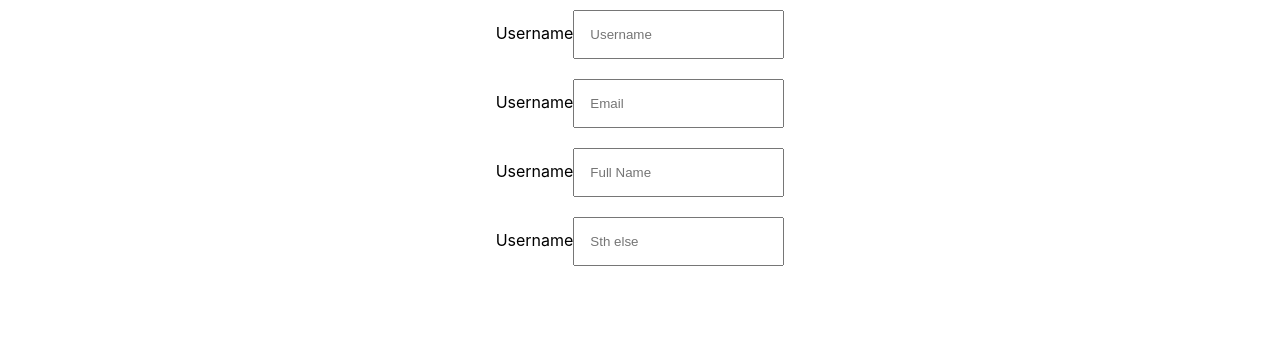
Repository: Jimmy-Lu-iK/Demo-UI
Page: /
The author's editor kept a copy of each file at every save. The page is drawn from the files as they stood at one save, then again after a run of saves.
The browser window is 1280 px wide. The pictures show the whole page.
The project was rebuilt for these pictures with package versions that can differ from the ones it lists, and the page was loaded fresh each time. Also part of the build but not shown: src/components/Option.js, src/Js/ArrayBuiltIn.js, src/Js/Word.js.

Above is the page before, as saved 2023-02-12 19:41:41.

### src/App.js
import './App.css';
import AutoComplete from './components/AutoComplete';
import Dropdown from './components/Dorpdown';
import FormInput from './components/FormInput';
import FormValidate from './components/FormValidate';
import ArrayBuiltIn from './Js/ArrayBuiltIn';
import Word from './Js/Word';

const App = () => {
  return <div className='app'>
    {/* <Dropdown />
    <AutoComplete />
    <FormValidate /> */}
    <form className='input-form'>
      <FormInput placeholder="Username"/>
      <FormInput placeholder="Email"/>
      <FormInput placeholder="Full Name"/>
      <FormInput placeholder="Sth else"/>
    </form>
    {/* <ArrayBuiltIn /> */}
    {/* <Word sentence="hello my name hello is Jinming I want to make friend with you let us to be good friends forever"/> */}
  </div>
};


export default App;

### src/App.css
.app {
  display: flex;
  align-items: center;
  justify-content: center;
  height: ;
}

### src/components/FormInput.js
import './FormInput.css'

function FormInput(props) {
  return <div className="formInput">
    <label>Username</label>
    <input placeholder={props.placeholder}/>
  </div>
}

export default FormInput

### src/components/FormInput.css
input {
  padding: 15px;
  margin: 10px 0;
}

### src/components/Form.js
function Form() {
  return <div>
    <form className='input-form'>
      <FormInput placeholder="Username"/>
      <FormInput placeholder="Email"/>
      <FormInput placeholder="Full Name"/>
      <FormInput placeholder="Sth else"/>
    </form>
  </div>
}

export default Form;

### src/components/AutoComplete.js
import { useState } from "react"

function AutoComplete() {
  const [value, setValue] = useState('')

  const filmList = ['peace and Love',' hello baby', 'you should know me', 'help me']

  const handleChange = (e) => {
    setValue(e.target.value)
  }

  const handleClick = (film) => {
    setValue(film)
  }

  const filteredFilms = filmList.filter((film) => {
    return film.toLowerCase().includes(value.toLowerCase())
  })

  const content= filteredFilms.map((film,index) => {
    return <div key={index} onClick={()=>handleClick(film)}>{film}</div>
  })


  return <div>
    AutoComplete
    <input value={value} onChange={handleChange} />
    <div>
      {content}
    </div>
  </div>
}

export default AutoComplete

### src/components/Dorpdown.js
import { useState } from "react"
import Option from "./Option"

function Dropdown() {
  const [options, setOptions] = useState(['item1','item2'])
  const [select, setSelect] = useState('')
  const [open, setOpen] = useState(false)
  const [add, setAdd] = useState(false)
  const [value, setValue] = useState('')

  const handleChoose = (option) => {
    setSelect(option)
    setOpen(false)
  }

  const handleAdd = (event) => {
    console.log(event)
    setAdd(true)
  }

  const handleChange = (e) => {
    setValue(e.target.value)
  }

  const hanldeSubmit = (e) => {
    e.preventDefault();
    setOptions([...options, value])
    setAdd(false)
  }

  const hanldeOpen = () => {
    setOpen(!open)
  }

  const hanldeEdit = (option,index,newValue) => {
    let newOptions = [...options]

    if(newValue) {
      newOptions[index] = newValue
      setOptions(newOptions)
    } else {
      let newNewOption = newOptions.slice(0,index).concat(newOptions.slice(index+1,newOptions.length-1))
      setOptions(newNewOption)
    }
  }

  const displayContent = <div>{select} <button onClick={hanldeOpen}>{'<'}</button></div>

  const optionsContent = options.map((option,index) => {
    return <Option
            option={option}
            index={index}
            key={option}
            handleChoose={handleChoose}
            handleEdit={hanldeEdit}
          />
  })

  const addContent = add
    ? <form onSubmit={hanldeSubmit}><label>New</label><input value={value} onChange={handleChange}></input><button>Add</button></form>
    : <li onClick={handleAdd}>Add</li>

  return <div>
    {displayContent}
    {open && optionsContent}
    {open && addContent}
  </div>
}

export default Dropdown

### src/components/FormValidate.js
import { useState } from "react"
import validator from 'validator';

function FormValidate() {
  const [firstName, setFirstName] = useState('')
  const [lastName, setLastNamee] = useState('')
  const [email, setEmail] = useState('')
  const [password, setPassword] = useState('')

  const handleSubmit = (e) => {
    e.preventDefault();

    const validation = validator.isEmail(email)
    if(validation) {
      alert('success!')
    } else {
      alert('fail!')
    }
  }

  const handleFN = (e) => {
    setFirstName(e.target.value)
  }

  const handleLN = (e) => {
    setLastNamee(e.target.value)
  }

  const handleEmail = (e) => {
    setEmail(e.target.value)
  }

  const handlePassword = (e) => {
    setPassword(e.target.value)
  }

  return (
    <div>
      <form style={{display: 'flex-column'}} onSubmit={handleSubmit}>
        <div>
          <label>First Name</label>
          <input placeholder='First Name' type="text" value={firstName} onChange={handleFN} />
        </div>
        <div>
          <label>Last Name</label>
          <input placeholder='Last Name' type="text" value={lastName} onChange={handleLN} />
        </div>
        <div>
          <label>Email</label>
          <input placeholder='Email' type="text" value={email} onChange={handleEmail} />
        </div>
        <div>
          <label>Password</label>
          <input placeholder='Password' type="text" value={password} onChange={handlePassword} />
        </div>
        <button type='submit'>Submit</button>
      </form>
    </div>
  )
}

export default FormValidate

Loaded but not shown: public/index.html (common file); src/index.js (common file); src/index.css (common file)

After the next 4 saves:
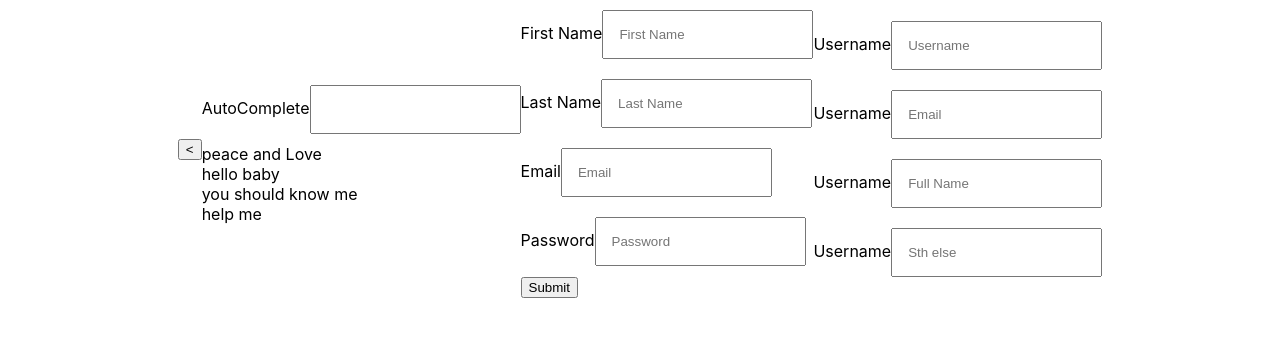
The 4 saves are shown as one change because 3 did not build or start.
The last was saved 34 s later.
--- a/src/App.js
+++ b/src/App.js
@@ -1,22 +1,17 @@
 import './App.css';
 import AutoComplete from './components/AutoComplete';
 import Dropdown from './components/Dorpdown';
-import FormInput from './components/FormInput';
+import Form from './components/Form';
 import FormValidate from './components/FormValidate';
 import ArrayBuiltIn from './Js/ArrayBuiltIn';
 import Word from './Js/Word';
 
 const App = () => {
   return <div className='app'>
-    {/* <Dropdown />
+    <Dropdown />
     <AutoComplete />
-    <FormValidate /> */}
-    <form className='input-form'>
-      <FormInput placeholder="Username"/>
-      <FormInput placeholder="Email"/>
-      <FormInput placeholder="Full Name"/>
-      <FormInput placeholder="Sth else"/>
-    </form>
+    <FormValidate />
+    <Form />
     {/* <ArrayBuiltIn /> */}
     {/* <Word sentence="hello my name hello is Jinming I want to make friend with you let us to be good friends forever"/> */}
   </div>
--- a/src/components/Form.js
+++ b/src/components/Form.js
@@ -1,3 +1,5 @@
+import FormInput from "./FormInput";
+
 function Form() {
   return <div>
     <form className='input-form'>
